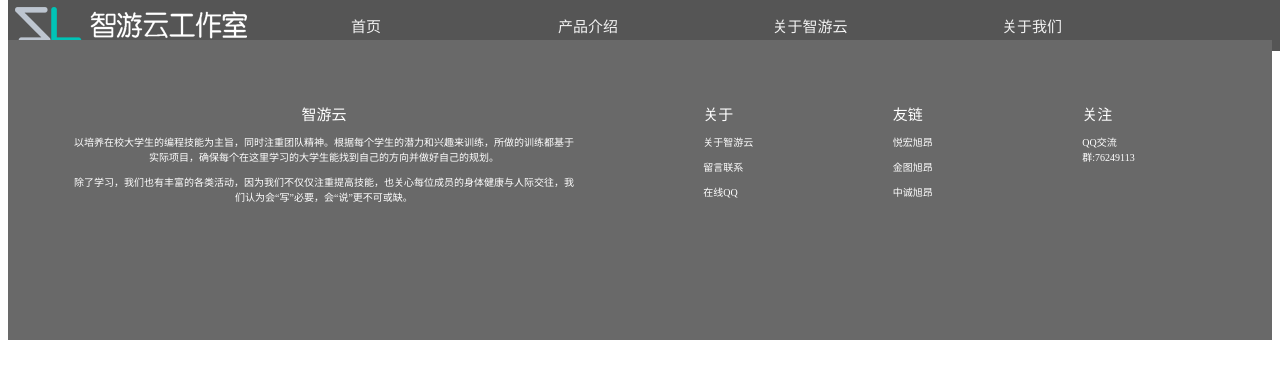
Repository: dakai1234/webTest
Page: 智游云1/product/product.html
The author's editor kept a copy of each file at every save. The page is drawn from the files as they stood at one save, then again after the next save.
The browser window is 1280 px wide. The pictures show the whole page.

Above is the page before, as saved 2021-04-10 08:00:19.

### 智游云1/product/product.html
<!DOCTYPE html>
<html lang="en">

<head>
    <meta charset="UTF-8">
    <meta http-equiv="X-UA-Compatible" content="IE=edge">
    <meta name="viewport" content="width=device-width, initial-scale=1.0">
    <link rel="stylesheet" href="../headerCss/header.css">
    <link rel="stylesheet" href="../footerCss/footer.css">
    <title>产品介绍</title>
</head>

<body>
    <div class="header">
        <img class="logo_img" src="../about/images/logo.png">
        <a href="../index/index.html"> 首页 </a>
        <a href="product.html"> 产品介绍 </a>
        <a href="../about/about.html"> 关于智游云 </a>
        <a href="#"> 关于我们 </a>
    </div>

    <div class="footer">
        <div class="footer_inner">
            <div class="text">
                <span>智游云</span>
                <p>
                    以培养在校大学生的编程技能为主旨，同时注重团队精神。根据每个学生的潜力和兴趣来训练，所做的训练都基于实际项目，确保每个在这里学习的大学生能找到自己的方向并做好自己的规划。
                </p>
                <p>
                    除了学习，我们也有丰富的各类活动，因为我们不仅仅注重提高技能，也关心每位成员的身体健康与人际交往，我们认为会“写”必要，会“说”更不可或缺。
                </p>
            </div>
        </div>
        <div class="footer_inner">
            <div class="text_intro">
                <span>关于</span>
                <p>关于智游云</p>
                <p>留言联系</p>
                <p>在线QQ</p>
            </div>
            <div class="text_intro">
                <span>友链</span>
                <p>悦宏旭昂</p>
                <p>金图旭昂</p>
                <p>中诚旭昂</p>
            </div>
            <div class="text_intro">
                <span>关注</span>
                <p>QQ交流群:76249113</p>
            </div>

        </div>
    </div>
</body>

</html>

### 智游云1/headerCss/header.css
.header {
    background-color: #555;
    width: 100%;
    margin: 0%;
    overflow: auto;
    position: fixed;
    top: 0;
}

.header a {
    float: left;
    width: 15%;
    color: #f2f2f2;
    text-align: center;
    padding: 15px;
    text-decoration: none;
    font-size: 15px;
}

.header a:hover {
    color: #333;
}

.header a:active {
    color: #333;
}

.logo_img {
    float: left;
    padding: 5px 0px;
}

### 智游云1/footerCss/footer.css
.footer {
    margin: 40px 0px 0px 0px;
    width: 100%;
    height: 300px;
    background-color: #000;
    overflow: auto;
    box-sizing: border-box;
    position: relative;
}

.footer_inner {
    width: 50%;
    color: #FFF;
    height: 300px;
    background-color: dimgray;
    float: left;
}

.text {
    padding: 10% 10%;
    text-align: center;
    font-size: 10px;
    font-weight: lighter;
}

.text span {
    font-size: 15px;
}

.text p:hover {
    color: #000;
}

.text_intro {
    padding: 10% 10%;
    width: 10%;
    font-size: 10px;
    font-weight: lighter;
    float: left;
}

.text_intro span {
    font-size: 15px;
}

.text_intro p:hover {
    color: #000;
}

After the next save:
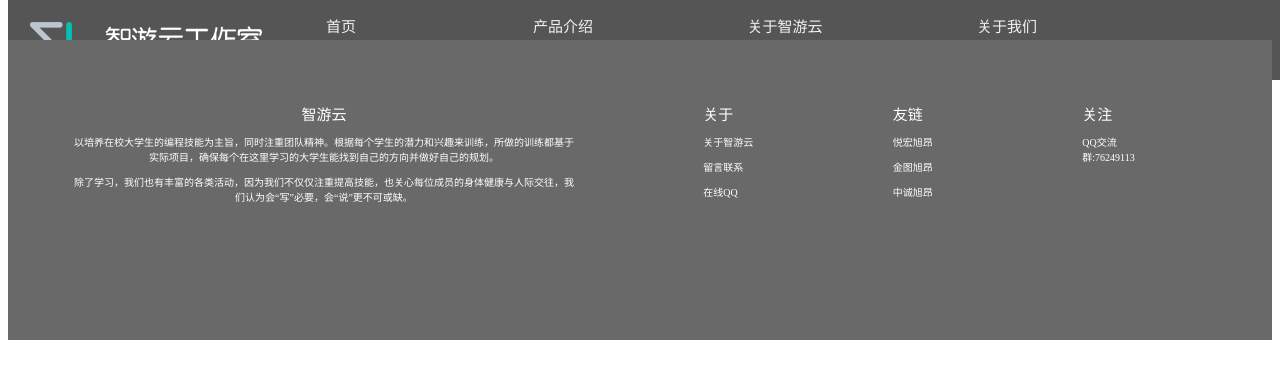
Saved 51 s later.
--- a/智游云1/product/product.html
+++ b/智游云1/product/product.html
@@ -12,12 +12,14 @@
 
 <body>
     <div class="header">
-        <img class="logo_img" src="../about/images/logo.png">
+        <a href="images/logo.png"><img class="logo_img" src="images/logo.png"></a>
         <a href="../index/index.html"> 首页 </a>
         <a href="product.html"> 产品介绍 </a>
         <a href="../about/about.html"> 关于智游云 </a>
         <a href="#"> 关于我们 </a>
     </div>
+
+
 
     <div class="footer">
         <div class="footer_inner">
